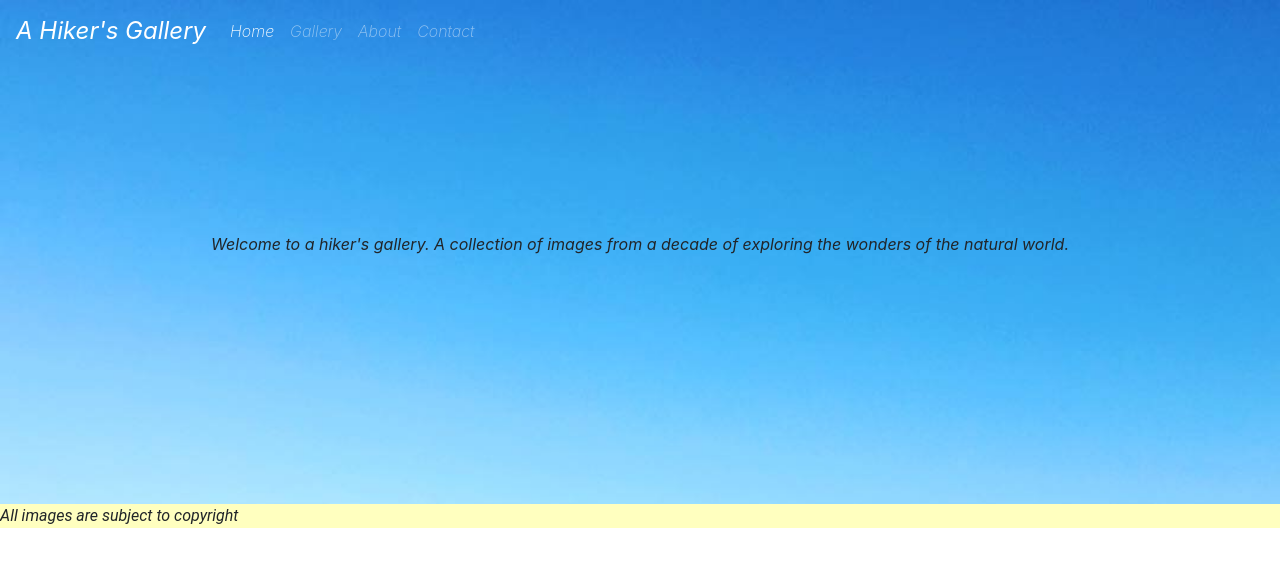
Repository: S-Perring/hiker
Page: index.html
The author's editor kept a record of every edit. The page is drawn from the files as they stood at one moment, then again after the next edit.
The browser window is 1280 px wide. The pictures show the whole page.
Some icons come from a web library that is not loaded, so they are not drawn.

Above is the page before.

### index.html
<!DOCTYPE html>
<html lang="en">
<head>
    <meta charset="UTF-8">
    <meta name="viewport" content="width=device-width, initial-scale=1.0">
    <meta http-equiv="X-UA-Compatible" content="ie=edge">
    <link rel="stylesheet" href="https://stackpath.bootstrapcdn.com/bootstrap/4.3.1/css/bootstrap.min.css" type="text/css" />
    <link rel="stylesheet" href=https://stackpath.bootstrapcdn.com/font-awesome/4.7.0/css/font-awesome.min.css" rel="stylesheet" integrity="sha384-wvfXpqpZZVQGK6TAh5PVlGOfQNHSoD2xbE+QkPxCAFlNEevoEH3Sl0sibVcOQVnN" crossorigin="anonymous" />
    <link rel="stylesheet" href="css/style.css" type="text/css" />
    <title>Hiker's Gallery</title>
</head>
<body>
<header>

  <nav class="navbar fixed-top navbar-expand-lg navbar-dark pink scrolling-navbar">
    <a class="navbar-brand" href="#"><strong>A Hiker's Gallery</strong></a>
    <button class="navbar-toggler" type="button" data-toggle="collapse" data-target="#navbarSupportedContent"
      aria-controls="navbarSupportedContent" aria-expanded="false" aria-label="Toggle navigation">
      <span class="navbar-toggler-icon"></span>
    </button>
    <div class="collapse navbar-collapse" id="navbarSupportedContent">
      <ul class="navbar-nav mr-auto">
        <li class="nav-item active">
          <a class="nav-link" href="#">Home <span class="sr-only">(current)</span></a>
        </li>
        <li class="nav-item">
          <a class="nav-link" href="#">Gallery</a>
        </li>
        <li class="nav-item">
          <a class="nav-link" href="#">About</a>
        </li>
        <li class="nav-item">
          <a class="nav-link" href="#">Contact</a>
        </li>
      </ul>
      <ul class="navbar-nav nav-flex-icons">
        <li class="nav-item">
          <a class="nav-link"><i class="fab fa-facebook-f"></i></a>
        </li>
        <li class="nav-item">
          <a class="nav-link"><i class="fab fa-instagram"></i></a>
        </li>
      </ul>
    </div>
  </nav>

</header>
<!--Main Navigation-->

<section>
    <div class="main-pic">

        <div class="Greeting">
            <p>Welcome to a hiker's gallery. A collection of images from a decade of exploring the wonders of the natural world.</p>
        </div>
    </div>


</section>

<footer>
   All images are subject to copyright
</footer>


</body>

</html>

### css/style.css
.nav-link {
    color: #f0ece1;
    font-weight: 200;
    font-style: italic;
}


.main-pic {
    background-image: url(../css/images/IMG_5437.JPG);
    background-size: cover;
    max-width: 100%;
    height: 70vh;
    padding: 0;
    display: flex;
    align-items: center;
    justify-content: center;
    position: relative;
    background-repeat: no-repeat;

}

.container-fluid {
    padding-right: 0;
    padding-left: 0;
    margin-right: auto;
    margin-left: auto
}



.navbar-brand {
    font-size: x-large;
    font-weight: lighter;
    font-style: italic;
    color: #f0ece1;
}

p {
    text-align: center;
    font-style: italic;

}

footer {
    position: relative;
    font-family: 'Roboto';
    font-style: italic;
    background-color: rgba(255, 255, 128, .5);
}

After the next edit:
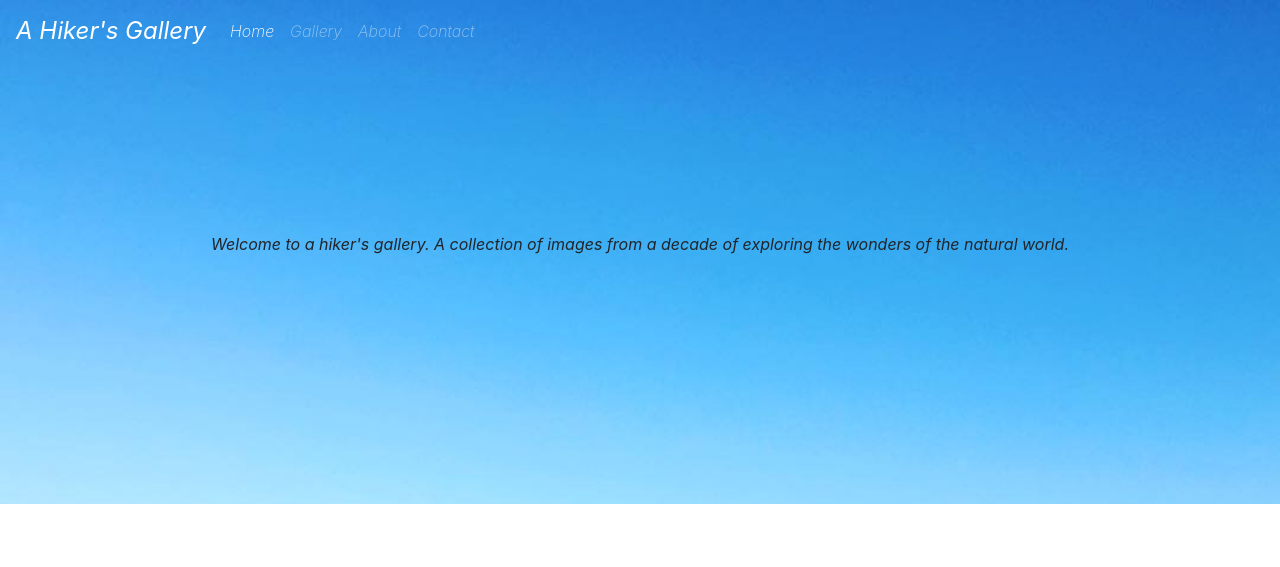
The edit:
--- a/index.html
+++ b/index.html
@@ -59,7 +59,7 @@
 </section>
 
 <footer>
-   All images are subject to copyright
+
 </footer>
 
 
